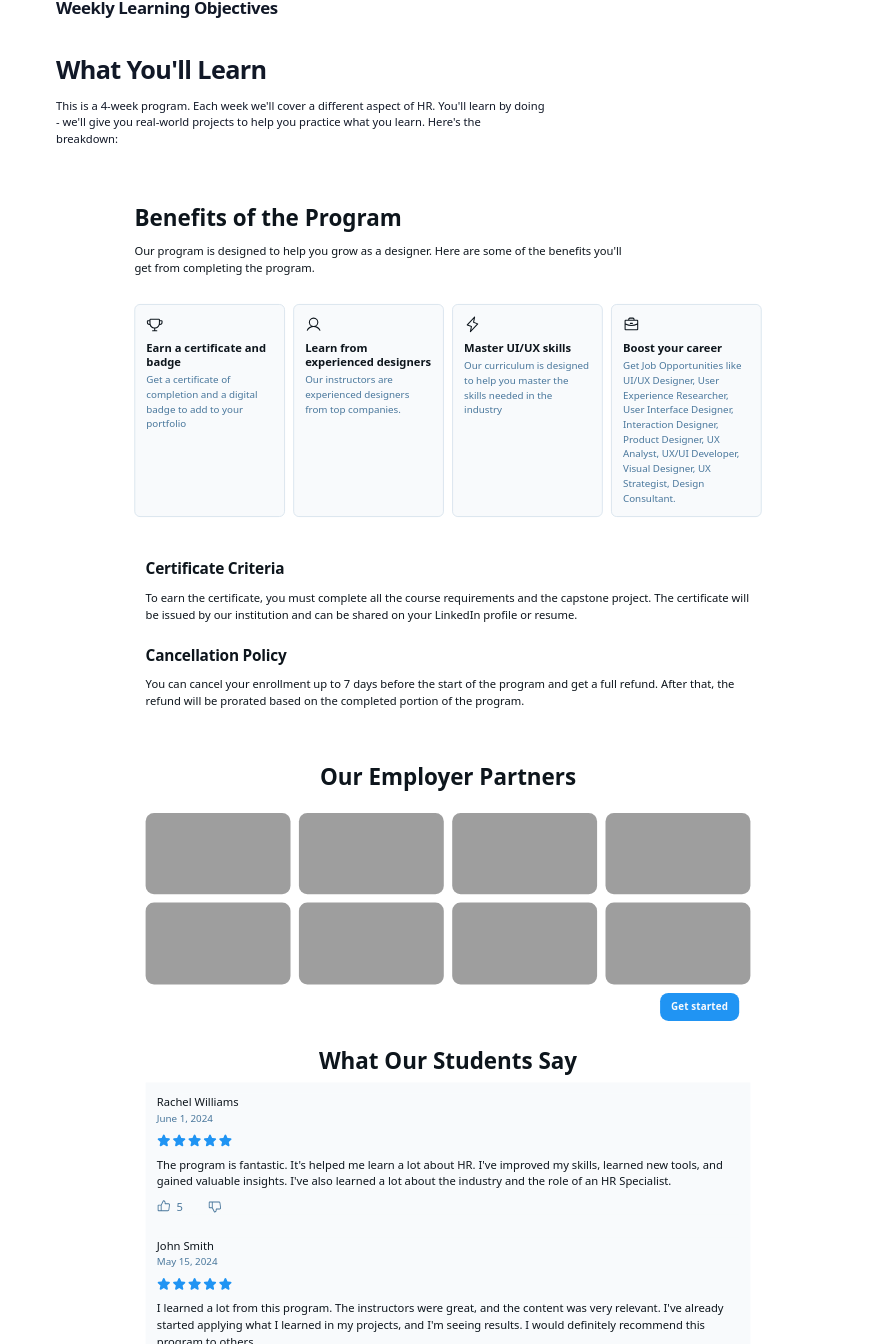
Repository: DhOMNE/HR
Page: /
An editor plug-in stored every save of this project. The page is shown before and after the next save, followed by the edit.
The browser window is 1280 px wide. The pictures show the part of the page from y = 649 to 2569 px (the page is 4132 px tall before and 4329 px after), at 70% of full size.
Pictures or frames that could not be fetched are drawn as grey boxes. The project was rebuilt for these pictures with package versions that can differ from the ones it lists, and the page was loaded fresh each time.

Above is the page before, as saved 2024-08-26 11:03:35.

### src/Componenets/Hero.jsx
import React from 'react';

const Hero = () => {
  return (
    <div className="flex justify-center max-w-6xl mx-auto flex-col">
      <div className="w-full mt-16">
        <div
          className="relative left-4 p-4 w-97 h-[560px] rounded-xl "
          style={{ backgroundImage: "url('https://cdn.usegalileo.ai/sdxl10/f19572df-3304-4064-aa15-f19df58d4b06.png')" }}
        >
          <div className="absolute inset-0 bg-gradient-to-t from-black/40 to-black/10 rounded-xl"></div>
          <div className="relative flex flex-col gap-4 w-full h-full justify-end items-start pl-20 mb-16 max-sm:pl-3">
            <h1 className="text-white text-5xl font-bold">
            Master HR in just 4 Weeks
            </h1>
            <h2 className="text-white text-lg font-normal">
            Our live, online HR workshop helps you build the skills to excel in the industry, get hired, and earn more.
            </h2>
            <div className="w-full">
              <button className="w-24 py-3 rounded-xl px-4 bg-blue-500 text-white text-base font-bold leading-normal hover:shadow-lg hover:shadow-gray-600">
                <span className="truncate">Start</span>
              </button>
            </div>
          </div>
        </div>

        <div className="w-full">
          <h1 className="text-gray-900 text-2xl font-bold leading-tight tracking-tight px-4 text-left pb-3 pt-5">
            Weekly Learning Objectives
          </h1>

          <div className="flex flex-col gap-10 px-4 py-10">
            <div className="flex flex-col gap-4">
              <h1 className="text-gray-900 text-4xl font-black leading-tight tracking-tight max-w-[720px]">
                What You'll Learn
              </h1>
              <p className="text-gray-900 text-base font-normal leading-normal max-w-[720px]">
              This is a 4-week program. Each week we'll cover a different aspect of HR. You'll learn by doing <br/>- we'll give you real-world projects to help you practice what you learn. Here's the<br/> breakdown:
              </p>
            </div>

            {/* <div className="grid grid-cols-[repeat(auto-fit,minmax(158px,1fr))] gap-3">
              {[
                {
                  title: "Week 1: Understand UI/UX",
                  description: "Learn the fundamentals of UI/UX design, user research, and design thinking. Understand the role of a designer in a digital environment.",
                  icon: "path-to-icon-1", // replace with your SVG paths
                },
                {
                  title: "Week 2: Design Principles",
                  description: "Develop the skills to create intuitive, user-friendly designs based on principles like hierarchy, consistency, and feedback. Learn the importance of user experience in design.",
                  icon: "path-to-icon-2",
                },
                {
                  title: "Week 3: Tools and Techniques",
                  description: "Master the tools and techniques used in the industry, including Adobe XD, Figma, and Sketch. Understand the role of a designer in a collaborative environment.",
                  icon: "path-to-icon-3",
                },
                {
                  title: "Week 4: Portfolio Projects",
                  description: "Work on real-world projects to build your portfolio. Showcase your skills and prepare for job interviews.",
                  icon: "path-to-icon-4",
                },
              ].map((item, index) => (
                <div key={index} className="flex flex-1 gap-3 rounded-lg border border-gray-300 bg-slate-50 p-4 flex-col cursor-pointer hover:shadow-lg hover:shadow-gray-600">
                  <div className="text-gray-900">
                    <svg xmlns="http://www.w3.org/2000/svg" width="24px" height="24px" fill="currentColor" viewBox="0 0 256 256">
                      <path d={item.icon}></path>
                    </svg>
                  </div>
                  <div className="flex flex-col gap-1">
                    <h2 className="text-gray-900 text-base font-bold leading-tight">{item.title}</h2>
                    <p className="text-blue-500 text-sm font-normal leading-normal">
                      {item.description}
                    </p>
                  </div>
                </div>
              ))}
            </div> */}

          </div>
        </div>
      </div>
    </div>
  );
};

export default Hero;

### src/Componenets/Footer/Footer.jsx
import React from "react";
import "./Footer.css";

const Footer = () => {
  return (
    <>
      <footer className="footer">
        <div className="newsletter">
          <h2>
            {" "}
            <img src="Images/logo.png" alt="logo" /> Hubnex Educate
          </h2>
          <div className="flex-container1">
            <p className="title1">
              Signup for our{" "}
              <span style={{ fontWeight: "bold" }}>Newsletter</span>
            </p>
            <input
              className="input1"
              type="search"
              placeholder="Enter your email"
            />
            <img className="imag2" src="Images/righticon.png" alt="icon" />
          </div>
        </div>
        <hr />
        <div className="footer-info">
          <div className="company-info">
            <h3>COMPANY</h3>
            <ul>
              <li>
                <a href="#about">About Us</a>
              </li>
              <li>
                <a href="#privacy">Privacy policy</a>
              </li>
              <li>
                <a href="#blog">Blog</a>
              </li>
              <li>
                <a href="#careers">Careers</a>
              </li>
            </ul>
          </div>
          <div className="support">
            <h3>Support</h3>
            <ul>
              <li>
                <a href="#contact">Contact Us</a>
              </li>
              <li>
                <a href="#community">Community</a>
              </li>
            </ul>
          </div>
          <div className="socials">
            <h3>Socials</h3>
            <li>
              <a
                href="https://www.facebook.com"
                target="_blank"
                rel="noopener noreferrer"
              >
                <img src="./facebook.png" alt="facebook" target="blank" />
              </a>
            </li>
            <li>
              <a
                href="https://www.linkedin.com"
                target="_blank"
                rel="noopener noreferrer"
              >
                <img src="./linkdin.png" alt="linkdin" />
              </a>
            </li>
            <li>
              <a
                href="https://x.com/i/flow/login"
                target="_blank"
                rel="noopener noreferrer"
              >
                <img src="./twitter.png" alt="twitter" />
              </a>
            </li>
          </div>
          <div className="fotter-img">
            <img src="./fotter-img.png" alt="fotter-img" />
          </div>
        </div>
      </footer>
      <div className="footer-bottom">
        <img className="imag5" src="Images/copyright.png" alt="copyright" />
        <p className="pt1">2024 Hubnex educate. All rights reserved.</p>

      </div>
    </>
  );
};

export default Footer;

### src/Componenets/Footer/Footer.css
@import url("https://fonts.googleapis.com/css2?family=Inter:wght@100..900&display=swap");
@import url("https://fonts.googleapis.com/css2?family=DM+Sans:ital,opsz,wght@0,9..40,100..1000;1,9..40,100..1000&display=swap");
@import url("https://fonts.googleapis.com/css2?family=DM+Sans:ital,opsz,wght@0,9..40,100..1000;1,9..40,100..1000&family=Manrope:wght@200..800&display=swap");

.footer {
  width: 100%;
  height: 418px;
  background-color: black;
  color: white;
  padding: 20px;
  text-align: center;
}

hr {
  border: 3px solid #ffffff80;
}
.newsletter {
  margin-bottom: 10px;
  text-align: right;
}

.newsletter h2 {
  text-align: left;
  font-size: 1.9em;
  position: relative;
  top: 40px;
  left: 10px;
  font-family: Inter;
  font-size: 32px;
  font-weight: 700;
  line-height: 26.4px;
  text-align: left;
  display: flex;
  gap: 10px;
}

.newsletter p {
  margin-bottom: 10px;
  margin-right: 70px;
  font-family: Manrope;
  font-size: 20px;
  font-weight: 400;
  line-height: 27.32px;
}

.newsletter input {
  padding: 10px;
  width: 287px;
}

.newsletter button {
  padding: 10px 20px;
  margin-left: 10px;
  background-color: #007bff;
  color: white;
  border: none;
  cursor: pointer;
}

.footer-info {
  display: flex;
  gap: 120px;
  margin-top: 30px;
  margin-left: 10px;
  font-family: Manrope;
}

.company-info,
.support {
  text-align: left;
}

.company-info ul,
.support ul {
  list-style: none;
  padding: 0px;
}

.company-info li,
.support li {
  margin: 25px 0;
  list-style: none;
  padding: 0px;
}

.company-info a,
.support a {
  color: white;
  text-decoration: none;
}

.socials {
  text-align: center;
}

.socials h3 {
  margin-bottom: 15px;
  font-family: Manrope;
  font-size: 20px;
  font-weight: 700;
  line-height: 27.32px;
  text-align: left;
  margin-left: 20px;
}

.socials li {
  display: inline-block;
  margin: 0 10px;
  list-style: none;
}

.socials li a img {
  width: 40px;
  height: 40px;
  transition: transform 0.3s ease;
}

.socials li a img:hover {
  transform: scale(1.1);
}

.fotter-img {
  display: flex;
  justify-content: flex-end;
  position: relative;
  left: 10%;
  top: 20px;
}

.fotter-img img {
  width: 80%;
  height: 90%;
  transition: transform 0.3s ease;
}

.fotter-img img:hover {
  transform: scale(1.1);
}

.input1 {
  width: 287px;
  height: 44px;

  padding: 10px 24px;
  gap: 147px;
  border-radius: 12px 10px 10px 10px;
  opacity: 0px;
  border: none;
}

.imag2 {
  position: relative;
  right: 40px;
  top: 8px;
}

.footer-bottom {
  display: flex;
  align-items: center;
  padding-left: 35%;
  margin: 10px;
  gap: 12px;
  opacity: 0px;
}

.pt1 {
  text-align: center;
  font-family: Inter;
  font-size: 16px;
  font-weight: 400;
  line-height: 24px;
  color: #000000;
}

.imag5 {
  width: 20px;
  height: 20px;
}

/* Media Queries */
@media (max-width: 780px) {
  .footer {
    height: auto;
    padding: 10px;
  }

  .newsletter h2 {
    font-size: 1.1em;
    top: 10px;
  }

  .newsletter p {
    font-size: 16px;
  }

  .footer-info {
    gap: 110px;
  }

  .socials h3 {
    font-size: 16px;
    margin-left: 0;
  }

  .socials li {
    margin: 0 5px;
  }

  .socials li a img {
    width: 25px;
    height: 25px;
  }

  .fotter-bottom {
    align-items: center;
    gap: 12px;
    margin-left: -60px;
  }

  .imag2 {
    position: relative;
    right: 40px;
  }

  .fotter-img {
    display: flex;
    justify-content: flex-end;
    position: relative;
    left: 0;
    top: 10px;
  }

  .fotter-img img {
    width: 100%;
    height: 60%;
    position: relative;
    top: 90px;
    right: 40px;
    transition: transform 0.3s ease;
  }

  .fotter-img img:hover {
    transform: scale(1.1);
  }

  .pt1 {
    text-align: center;
    position: relative;
    right: 50px;
  }

  .imag5 {
    position: relative;
    right: 50px;
  }
}

@media (max-width: 600px) {
  .footer {
    height: auto;
    padding: 10px;
  }

  .newsletter h2 {
    font-size: 1em;
    top: 5px;
  }

  .newsletter p {
    font-size: 14px;
  }

  .footer-info {
    flex-direction: column;
    align-items: center;
    gap: 15px;
  }

  .fotter-img img {
    width: 60%;
    height: 60%;
    position: relative;
    top: -6px;
    right: 0px;
  }

  .socials h3 {
    font-size: 14px;
    margin-left: 0;
  }

  .socials li {
    margin: 0 3px;
  }

  .socials li a img {
    width: 20px;
    height: 20px;
  }

  .footer-bottom {
    padding: 10px;
  }

  .pt1 {
    text-align: center;
    font-family: Inter;
    font-size: 16px;
    font-weight: 400;
    line-height: 20px;
    color: #000000;
    position: relative;
    left: 20px;
  }

  .imag5 {
    width: 20px;
    height: 20px;
    position: relative;
    left: 25px;
  }
}

@media (max-width: 375px) {
  .footer {
    height: auto;
    width: 380px;
  }

  .newsletter h2 {
    font-size: 0.9em;
    top: 0;
  }

  .newsletter p {
    font-size: 12px;
  }

  .footer-info {
    gap: 10px;
  }

  .fotter-img img {
    width: 100%;
    position: relative;
    left: 0;
  }

  .socials h3 {
    font-size: 12px;
    margin-left: 0;
  }

  .socials li {
    margin: 0 2px;
  }

  .socials li a img {
    width: 18px;
    height: 18px;
  }

  .footer-bottom {
    padding: 10px;
  }

  .pt1 {
    text-align: center;
    font-family: Inter;
    font-size: 16px;
    font-weight: 400;
    line-height: 20px;
    color: #000000;
    position: relative;
    left: 20px;
  }

  .imag5 {
    width: 20px;
    height: 20px;
    position: relative;
    left: 25px;
    bottom: 9px;
  }
}

@media (max-width: 1024px) {
  .fotter-img {
    display: flex;
    justify-content: flex-end;
    position: relative;
    left: 0;
    top: 10px;
  }

  .fotter-img img {
    width: 100%;
    height: 60%;
    position: relative;
    transition: transform 0.3s ease;
  }

  .fotter-img img:hover {
    transform: scale(1.1);
  }
}

Loaded but not shown: src/index.js (common file); src/index.css (common file); src/reportWebVitals.js (common file); tailwind.config.js (common file); src/App.js (20 lines, source omitted); src/Componenets/FAQ.jsx (192 lines, source omitted); src/Componenets/Benefitdesigner.jsx (155 lines, source omitted); src/Componenets/EmployerPartners.jsx (121 lines, source omitted)

After the next save:
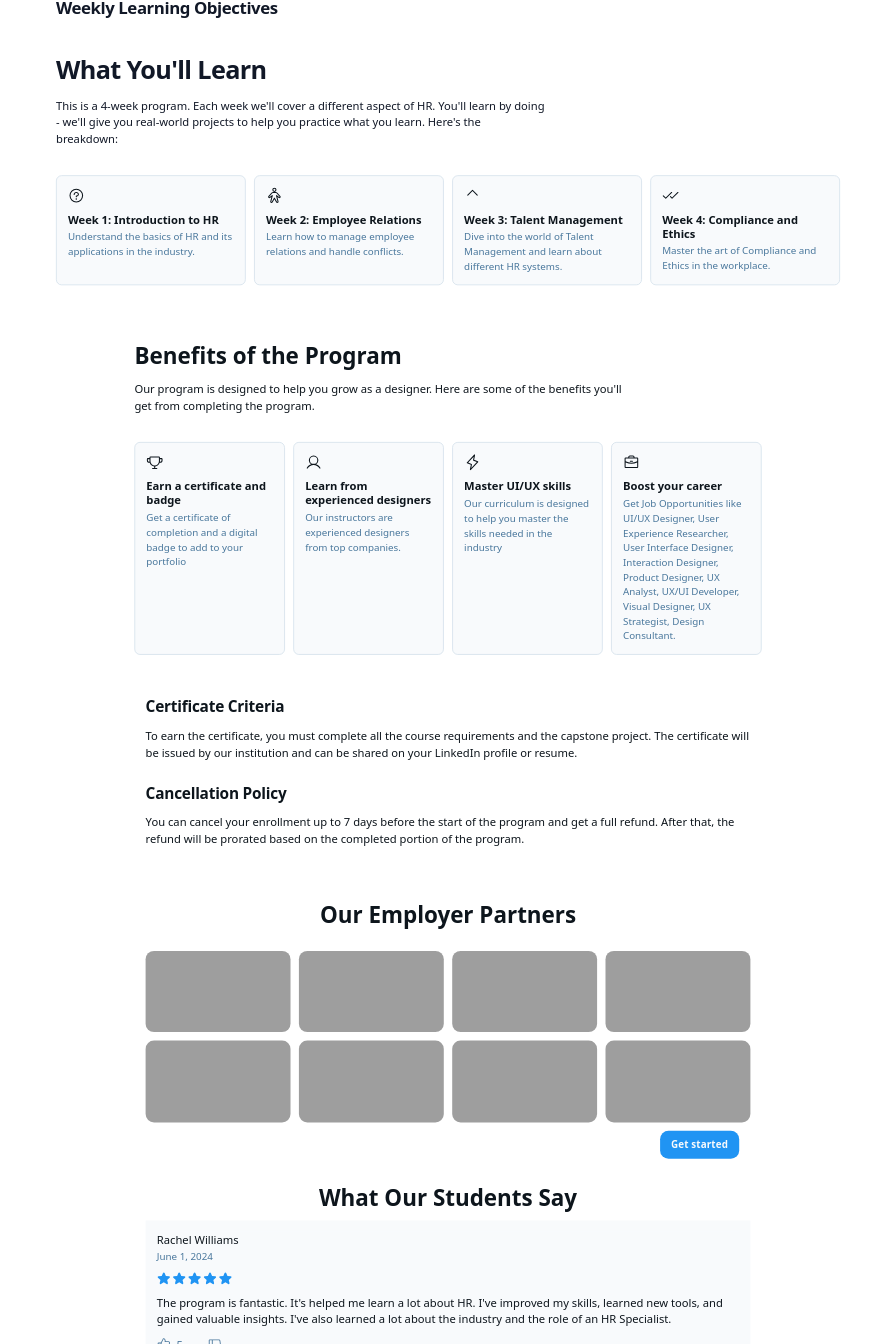
Saved 103 s later.
--- a/src/Componenets/Hero.jsx
+++ b/src/Componenets/Hero.jsx
@@ -77,7 +77,114 @@ const Hero = () => {
                 </div>
               ))}
             </div> */}
-
+             <div className="grid grid-cols-[repeat(auto-fit,minmax(158px,1fr))] gap-3 p-0 w-auto">
+              <div className="flex flex-1 gap-3 rounded-lg border border-[#cedde8] bg-slate-50 p-4 flex-col cursor-pointer hover:shadow-lg hover:shadow-gray-600">
+                <div
+                  className="text-[#0d151c]"
+                  data-icon="Question"
+                  data-size="24px"
+                  data-weight="regular"
+                >
+                  <svg
+                    xmlns="http://www.w3.org/2000/svg"
+                    width="24px"
+                    height="24px"
+                    fill="currentColor"
+                    viewBox="0 0 256 256"
+                  >
+                    <path d="M140,180a12,12,0,1,1-12-12A12,12,0,0,1,140,180ZM128,72c-22.06,0-40,16.15-40,36v4a8,8,0,0,0,16,0v-4c0-11,10.77-20,24-20s24,9,24,20-10.77,20-24,20a8,8,0,0,0-8,8v8a8,8,0,0,0,16,0v-.72c18.24-3.35,32-17.9,32-35.28C168,88.15,150.06,72,128,72Zm104,56A104,104,0,1,1,128,24,104.11,104.11,0,0,1,232,128Zm-16,0a88,88,0,1,0-88,88A88.1,88.1,0,0,0,216,128Z"></path>
+                  </svg>
+                </div>
+                <div className="flex flex-col gap-1">
+                  <h2 className="text-[#0d151c] text-base font-bold leading-tight">
+                    Week 1: Introduction to HR
+                  </h2>
+                  <p className="text-[#49779c] text-sm font-normal leading-normal">
+                    Understand the basics of HR and its applications in the
+                    industry.
+                  </p>
+                </div>
+              </div>
+              <div className="flex flex-1 gap-3 rounded-lg border border-[#cedde8] bg-slate-50 p-4 flex-col cursor-pointer  hover:shadow-lg hover:shadow-gray-600">
+                <div
+                  className="text-[#0d151c]"
+                  data-icon="Person"
+                  data-size="24px"
+                  data-weight="regular"
+                >
+                  <svg
+                    xmlns="http://www.w3.org/2000/svg"
+                    width="24px"
+                    height="24px"
+                    fill="currentColor"
+                    viewBox="0 0 256 256"
+                  >
+                    <path d="M160,40a32,32,0,1,0-32,32A32,32,0,0,0,160,40ZM128,56a16,16,0,1,1,16-16A16,16,0,0,1,128,56Zm90.34,78.05L173.17,82.83a32,32,0,0,0-24-10.83H106.83a32,32,0,0,0-24,10.83L37.66,134.05a20,20,0,0,0,28.13,28.43l16.3-13.08L65.55,212.28A20,20,0,0,0,102,228.8l26-44.87,26,44.87a20,20,0,0,0,36.41-16.52L173.91,149.4l16.3,13.08a20,20,0,0,0,28.13-28.43Zm-11.51,16.77a4,4,0,0,1-5.66,0c-.21-.2-.42-.4-.65-.58L165,121.76A8,8,0,0,0,152.26,130L175.14,217a7.72,7.72,0,0,0,.48,1.35,4,4,0,1,1-7.25,3.38,6.25,6.25,0,0,0-.33-.63L134.92,164a8,8,0,0,0-13.84,0L88,221.05a6.25,6.25,0,0,0-.33.63,4,4,0,0,1-2.26,2.07,4,4,0,0,1-5-5.45,7.72,7.72,0,0,0,.48-1.35L103.74,130A8,8,0,0,0,91,121.76L55.48,150.24c-.23.18-.44.38-.65.58a4,4,0,1,1-5.66-5.65c.12-.12.23-.24.34-.37L94.83,93.41a16,16,0,0,1,12-5.41h42.34a16,16,0,0,1,12,5.41l45.32,51.39c.11.13.22.25.34.37A4,4,0,0,1,206.83,150.82Z"></path>
+                  </svg>
+                </div>
+                <div className="flex flex-col gap-1">
+                  <h2 className="text-[#0d151c] text-base font-bold leading-tight">
+                    Week 2: Employee Relations
+                  </h2>
+                  <p className="text-[#49779c] text-sm font-normal leading-normal">
+                    Learn how to manage employee relations and handle conflicts.
+                  </p>
+                </div>
+              </div>
+              <div className="flex flex-1 gap-3 rounded-lg border border-[#cedde8] bg-slate-50 p-4 flex-col cursor-pointer hover:shadow-lg hover:shadow-gray-600">
+                <div
+                  className="text-[#0d151c]"
+                  data-icon="Control"
+                  data-size="24px"
+                  data-weight="regular"
+                >
+                  <svg
+                    xmlns="http://www.w3.org/2000/svg"
+                    width="24px"
+                    height="24px"
+                    fill="currentColor"
+                    viewBox="0 0 256 256"
+                  >
+                    <path d="M205.66,125.66a8,8,0,0,1-11.32,0L128,59.31,61.66,125.66a8,8,0,0,1-11.32-11.32l72-72a8,8,0,0,1,11.32,0l72,72A8,8,0,0,1,205.66,125.66Z"></path>
+                  </svg>
+                </div>
+                <div className="flex flex-col gap-1">
+                  <h2 className="text-[#0d151c] text-base font-bold leading-tight">
+                    Week 3: Talent Management
+                  </h2>
+                  <p className="text-[#49779c] text-sm font-normal leading-normal">
+                    Dive into the world of Talent Management and learn about
+                    different HR systems.
+                  </p>
+                </div>
+              </div>
+              <div className="flex flex-1 gap-3 rounded-lg border border-[#cedde8] bg-slate-50 p-4 flex-col cursor-pointer hover:shadow-lg hover:shadow-gray-600">
+                <div
+                  className="text-[#0d151c]"
+                  data-icon="Checks"
+                  data-size="24px"
+                  data-weight="regular"
+                >
+                  <svg
+                    xmlns="http://www.w3.org/2000/svg"
+                    width="24px"
+                    height="24px"
+                    fill="currentColor"
+                    viewBox="0 0 256 256"
+                  >
+                    <path d="M149.61,85.71l-89.6,88a8,8,0,0,1-11.22,0L10.39,136a8,8,0,1,1,11.22-11.41L54.4,156.79l84-82.5a8,8,0,1,1,11.22,11.42Zm96.1-11.32a8,8,0,0,0-11.32-.1l-84,82.5-18.83-18.5a8,8,0,0,0-11.21,11.42l24.43,24a8,8,0,0,0,11.22,0l89.6-88A8,8,0,0,0,245.71,74.39Z"></path>
+                  </svg>
+                </div>
+                <div className="flex flex-col gap-1">
+                  <h2 className="text-[#0d151c] text-base font-bold leading-tight">
+                    Week 4: Compliance and Ethics
+                  </h2>
+                  <p className="text-[#49779c] text-sm font-normal leading-normal">
+                    Master the art of Compliance and Ethics in the workplace.
+                  </p>
+                </div>
+              </div>
+            </div>
           </div>
         </div>
       </div>
